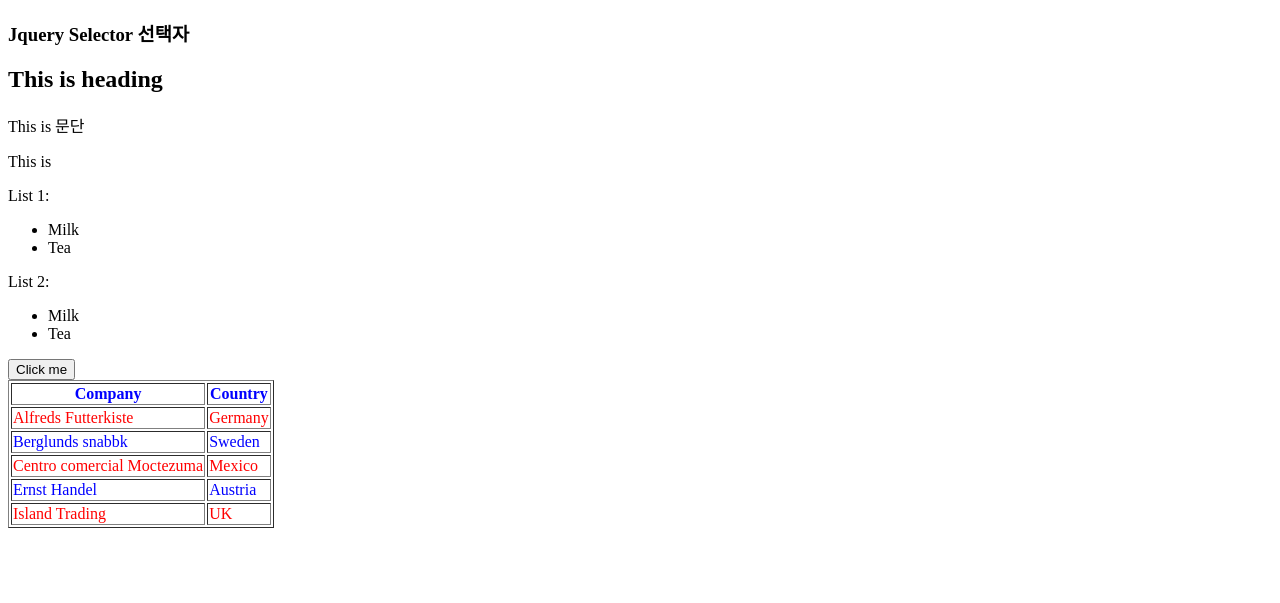
Repository: poomshen/team_03_project2
Page: Web_Jquery/WebContent/Ex03_Jquery_Basic.html
The author's editor kept a copy of each file at every save. The page is drawn from the files as they stood at one save, then again after the next save.
The browser window is 1280 px wide. The pictures show the whole page.
After loading, the first visible `button` was clicked once.
Some web libraries are served in a nearby version.

Above is the page before, as saved 2016-09-01 07:20:10.

After the next save:
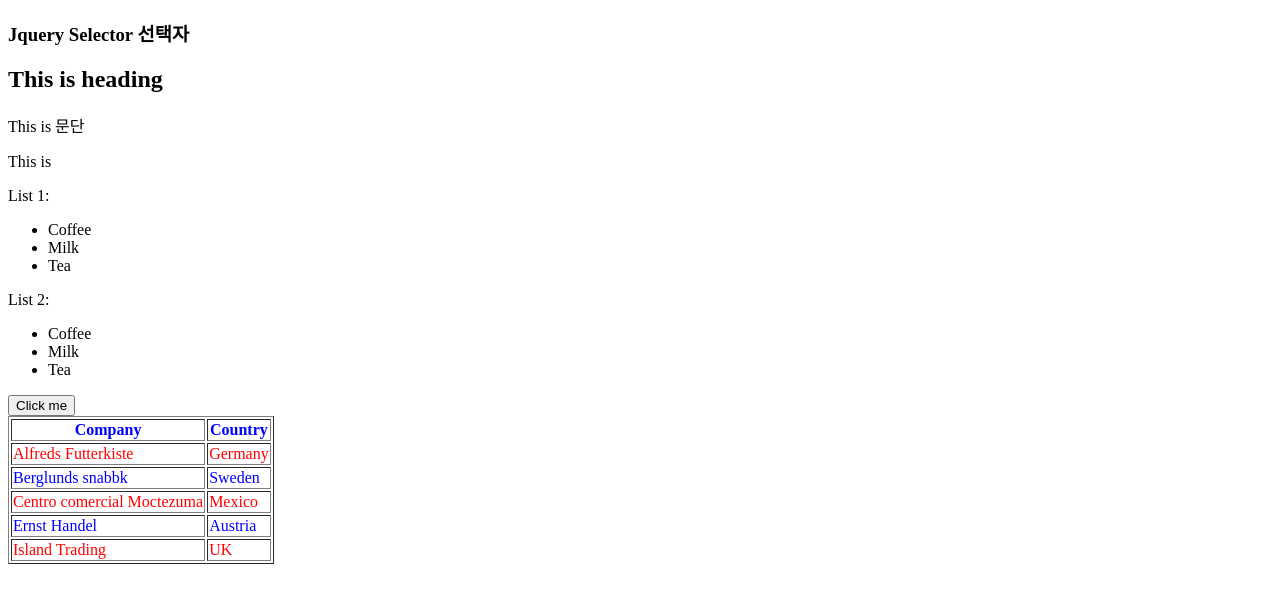
Saved 15 s later.
--- a/Web_Jquery/WebContent/Ex03_Jquery_Basic.html
+++ b/Web_Jquery/WebContent/Ex03_Jquery_Basic.html
@@ -39,7 +39,7 @@ $("tr:odd") Selects all odd <tr> elements Try it
  		//$(this).hide();
  		//$('*').hide();
  		//$('ul li:first').hide();
- 		$('ul li:first-child').hide();//$("ul li:first-child") Selects the first <li> element of every <ul> Try it
+ 		//$('ul li:first-child').hide();//$("ul li:first-child") Selects the first <li> element of every <ul> Try it
  		$('tr:odd').css('color', 'red');//$("tr:odd") Selects all odd <tr> elements Try it
  		$('tr:even').css('color', 'blue');
  	})
